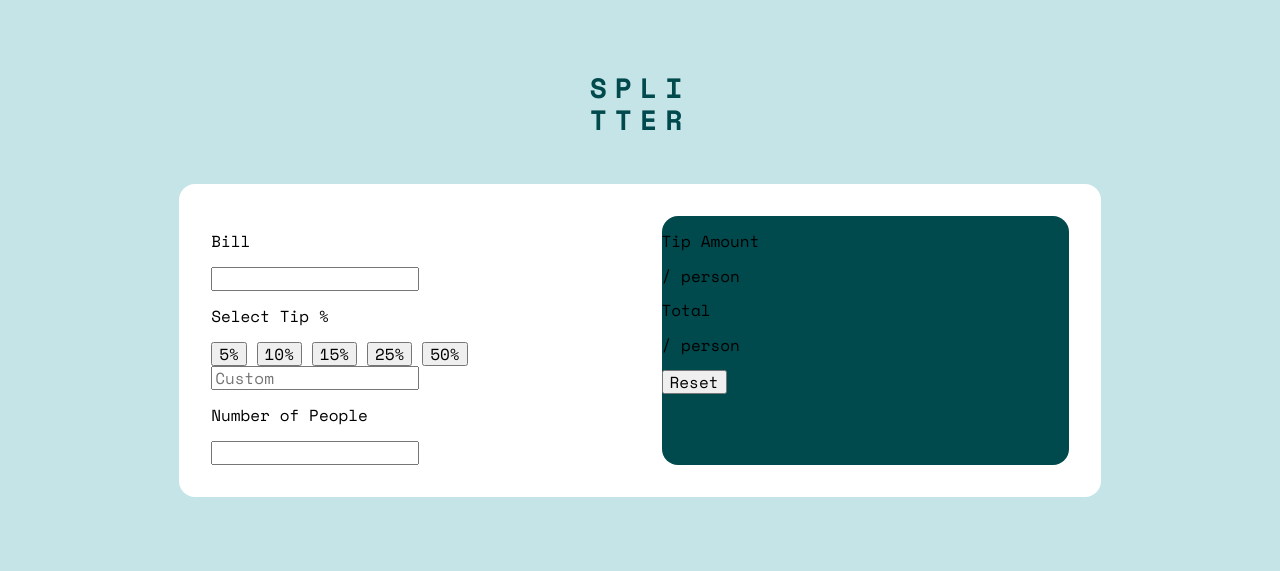
Repository: Jay-JYKim91/FM_tip-calculator
Page: index.html
An editor plug-in stored every save of this project. The page is shown before and after the next save, followed by the edit.
The browser window is 1280 px wide. The pictures show the whole page.

Above is the page before, as saved 2021-12-21 20:58:01.

### index.html
<!DOCTYPE html>
<html lang="en">
<head>
  <meta charset="UTF-8">
  <meta name="viewport" content="width=device-width, initial-scale=1.0"> <!-- displays site properly based on user's device -->

  <link rel="icon" type="image/png" sizes="32x32" href="./images/favicon-32x32.png">

  <title>Tip calculator</title>
  <link rel="preconnect" href="https://fonts.googleapis.com">
  <link rel="preconnect" href="https://fonts.gstatic.com" crossorigin>
  <link href="https://fonts.googleapis.com/css2?family=Space+Mono:wght@400;700&display=swap" rel="stylesheet">
  <link rel="stylesheet" href="https://cdnjs.cloudflare.com/ajax/libs/normalize/8.0.1/normalize.min.css" integrity="sha512-NhSC1YmyruXifcj/KFRWoC561YpHpc5Jtzgvbuzx5VozKpWvQ+4nXhPdFgmx8xqexRcpAglTj9sIBWINXa8x5w==" crossorigin="anonymous" referrerpolicy="no-referrer" />
  <link rel="stylesheet" href="style.css">
  <script src="main.js" defer></script>

</head>
<body>
  <main class="container">
    <h1 class="main-title">Spli<br>tter</h1>
    <section class="calculator-wrapper">
      <article class="input-wrapper">
        <div class="input-div">
          <p class="title">Bill</p>
          <input type="text">
        </div>
        <div>
          <p class="title">Select Tip %</p>
          <div class="tip-options">
            <button class="tip-option">5%</button>
            <button class="tip-option">10%</button>
            <button class="tip-option">15%</button>
            <button class="tip-option">25%</button>
            <button class="tip-option">50%</button>
            <input type="tel" id="custom_tip" class="tip_option" placeholder="Custom" autocomplete="off">
          </div>
        </div>
        <div class="input-div">
          <p class="title">Number of People</p>
          <input type="text">
        </div>
      </article>
      <article class="result_wrapper">
        <div class="result_rows">
          <div class="result_row">
            <div class="result_title_wrapper">
              <p class="title">Tip Amount</p>
              <p class="subtitle">/ person</p>
            </div>
            <p id="tipAmountPrice"></p>
          </div>
          <div class="result_row">
            <div class="result_title_wrapper">
              <p class="title">Total</p>
              <p class="subtitle">/ person</p>
            </div>
            <p id="totalPrice"></p>
          </div>
        </div>
        <div>
          <button>Reset</button>
        </div>
      </article>
    </section>
  </main>
</body>
</html>

### style.css
:root {
  --body-font: "Space Mono", monospace;

  --strong-cyan: hsl(172, 67%, 45%);
  --very-dark-cyan: hsl(183, 100%, 15%);
  --dark-grayish-cyan: hsl(186, 14%, 43%);
  --dark-grayish-cyan: hsl(184, 14%, 56%);
  --light-grayish-cyan1: hsl(185, 41%, 84%);
  --light-grayish-cyan2: hsl(189, 41%, 97%);
  --white: hsl(0, 0%, 100%);
}
body {
  background-color: var(--light-grayish-cyan1);
  font-family: var(--body-font);
}
.container {
  margin: 10vh 14vw;
}
.main-title {
  margin: 3rem;
  text-align: center;
  text-transform: uppercase;
  letter-spacing: 8px;
  color: var(--very-dark-cyan);
  font-size: 1.75rem;
}
.calculator-wrapper {
  background-color: var(--white);
  display: flex;
  justify-content: space-between;
  padding: 2rem;
  border-radius: 1rem;
}
.input_wrapper {
  flex-basis: 50%;
}
.input_div {
}
.result_wrapper {
  background-color: var(--very-dark-cyan);
  flex-basis: 50%;
  border-radius: 1rem;
}

/* Tablet size */
@media (min-width: 768px) and (max-width: 1023px) {
}

/* Mobile size */
@media (max-width: 767px) {
}

Loaded but not shown: main.js (empty)

After the next save:
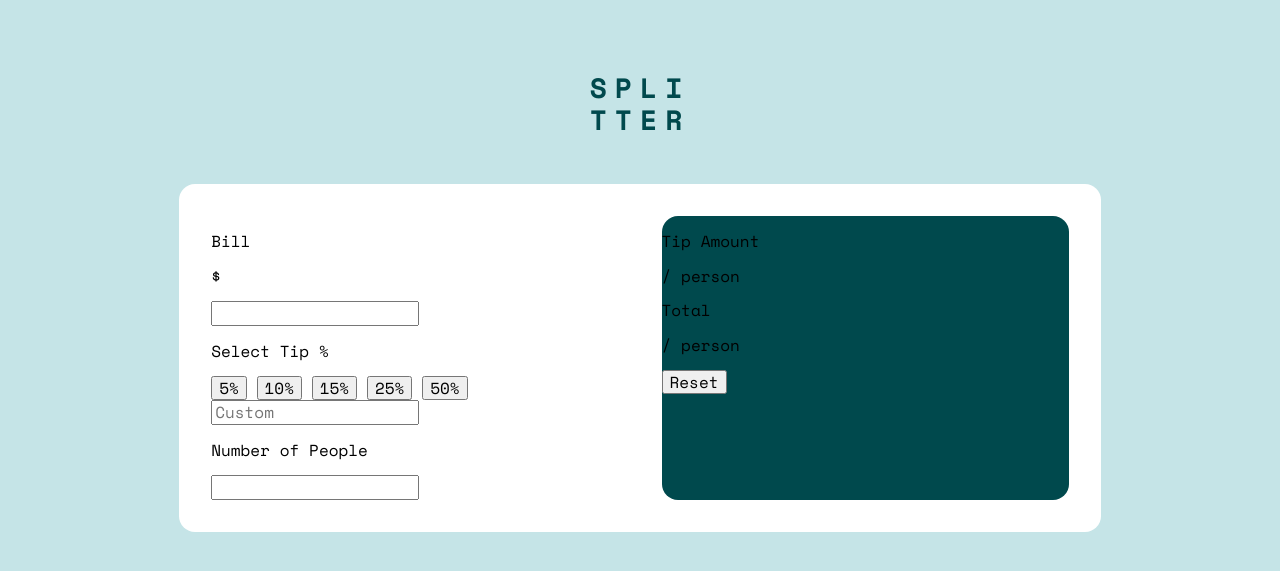
Saved 12 min 43 s later.
--- a/index.html
+++ b/index.html
@@ -20,9 +20,12 @@
     <h1 class="main-title">Spli<br>tter</h1>
     <section class="calculator-wrapper">
       <article class="input-wrapper">
-        <div class="input-div">
+        <div>
           <p class="title">Bill</p>
-          <input type="text">
+          <div class="input-form">
+            <p>$</p>
+            <input type="text">
+          </div>
         </div>
         <div>
           <p class="title">Select Tip %</p>
@@ -35,7 +38,7 @@
             <input type="tel" id="custom_tip" class="tip_option" placeholder="Custom" autocomplete="off">
           </div>
         </div>
-        <div class="input-div">
+        <div>
           <p class="title">Number of People</p>
           <input type="text">
         </div>

After the save that followed:
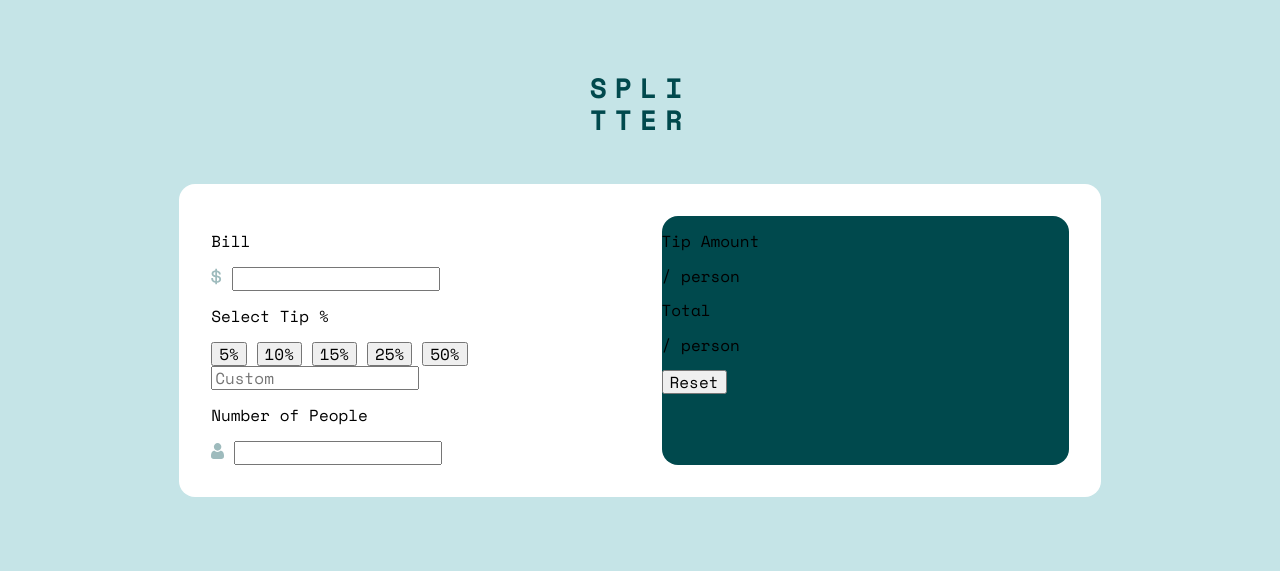
Saved 76 s later.
--- a/index.html
+++ b/index.html
@@ -23,7 +23,7 @@
         <div>
           <p class="title">Bill</p>
           <div class="input-form">
-            <p>$</p>
+            <img src="./images/icon-dollar.svg" alt="dollar">
             <input type="text">
           </div>
         </div>
@@ -40,7 +40,10 @@
         </div>
         <div>
           <p class="title">Number of People</p>
-          <input type="text">
+          <div class="input-form">
+            <img src="./images/icon-person.svg" alt="person">
+            <input type="text">
+          </div>
         </div>
       </article>
       <article class="result_wrapper">
